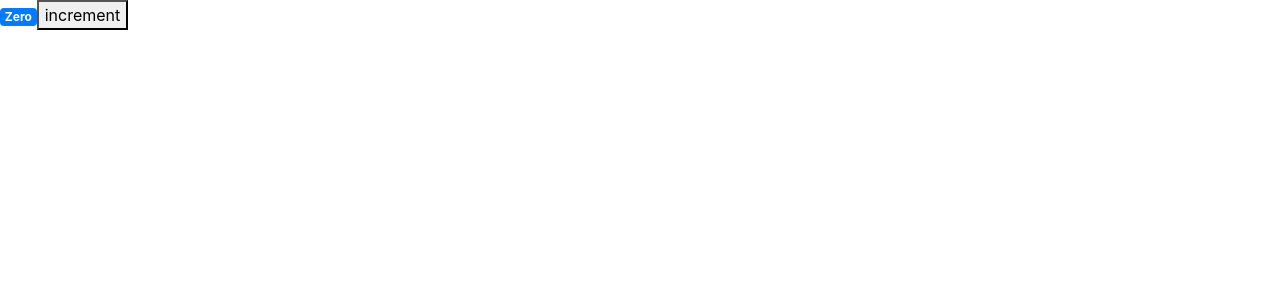
Repository: AvinashLikesToLearnNewStuff/Counter_app
Page: /
These files come from the project's save history. The page is drawn as it stood at one moment and after the next save; the edit follows.
The browser window is 1280 px wide. The pictures show the whole page.
The project was rebuilt for these pictures with package versions that can differ from the ones it lists, and the page was loaded fresh each time. Also part of the build but not shown: src/components/navbar.jsx, src/App.css, src/App.js. Imported but missing from the stored project, and not drawn on this page: src/components/counters.

Above is the page before, as saved 2023-02-27 13:08:17.

After the next save:
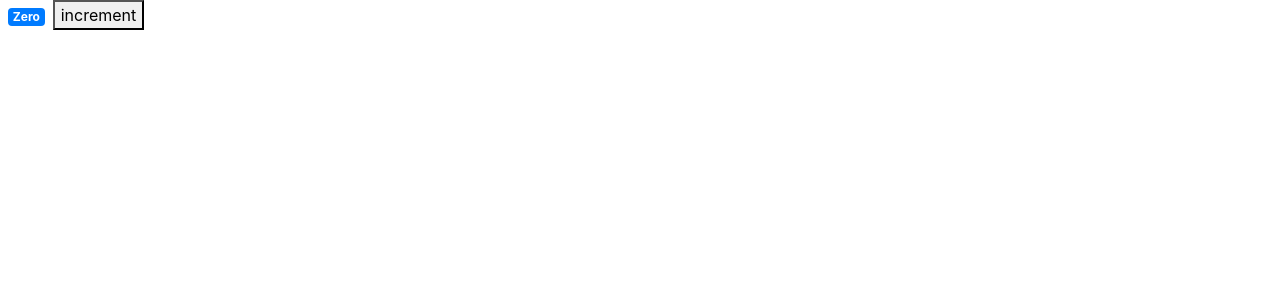
Saved 4 min 31 s later.
--- a/src/components/counter.jsx
+++ b/src/components/counter.jsx
@@ -9,7 +9,7 @@ class Counter extends Component {
   render() {
     return (
       <div>
-        <span className="badge badge-primary">{this.formatCount()}</span>
+        <span className="badge badge-primary m-2">{this.formatCount()}</span>
         <button>increment</button>
       </div>
     );
